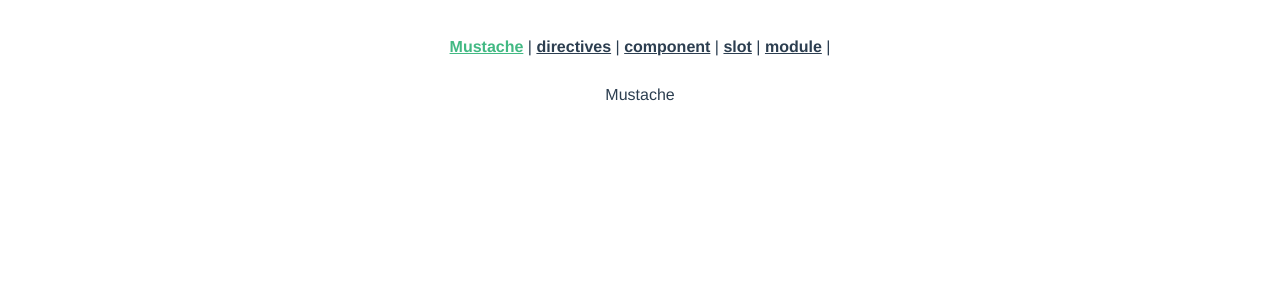
Repository: yeyanghui0616/my-vue2-learning
Page: /
These files come from the project's save history. The page is drawn as it stood at one moment and after a run of saves; the edit follows.
The browser window is 1280 px wide. The pictures show the whole page.
The project was rebuilt for these pictures with package versions that can differ from the ones it lists, and the page was loaded fresh each time. Also part of the build but not shown: src/components/globalComponent.vue.

Above is the page before, as saved 2023-08-30 22:14:35.

After the next 2 saves:
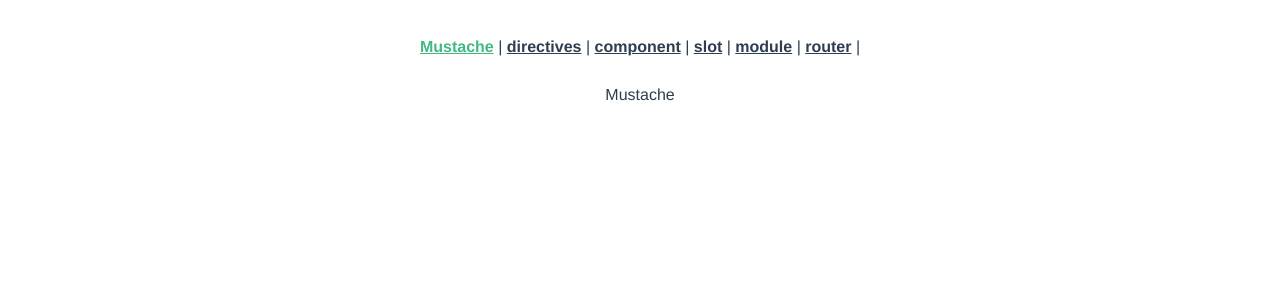
The 2 saves are shown as one change because they came seconds apart.
The last was saved 8 s later.
--- a/src/App.vue
+++ b/src/App.vue
@@ -6,6 +6,7 @@
       <router-link to="/component">component</router-link> |
       <router-link to="/slot">slot</router-link> |
       <router-link to="/module">module</router-link> |
+      <router-link to="/router">router</router-link> |
     </div>
     <router-view />
   </div>
